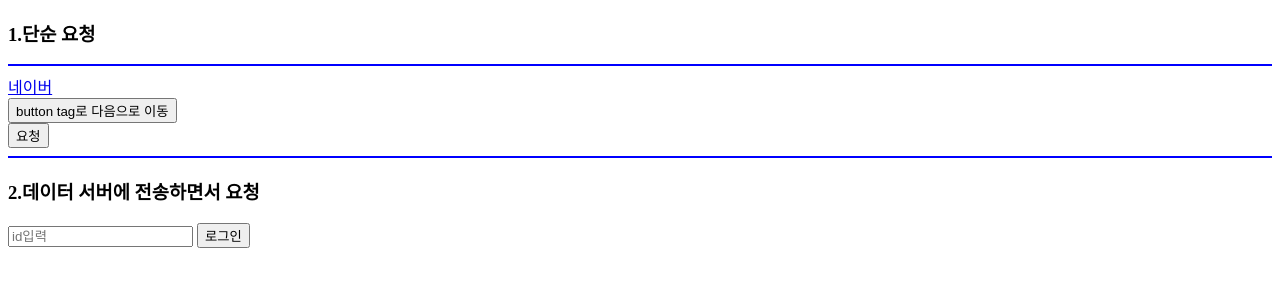
Repository: hwanginbeom/WEB
Page: step01_basic/WebContent/step01/step01_form.html
The author's editor kept a copy of each file at every save. The page is drawn from the files as they stood at one save, then again after the next save.
The browser window is 1280 px wide. The pictures show the whole page.

Above is the page before, as saved 2018-07-17 08:22:59.

### step01_basic/WebContent/step01/step01_form.html
<!DOCTYPE html>
<html>
		<head>
			<meta charset="EUC-KR">
			<title>step01_form.html</title>
		</head>
	<body>
		<h3>1.단순 요청</h3>
		<hr color="blue">
		<!-- 버튼 , 링크 -->
		<a href="https://www.naver.com/">네이버</a>

		<br>
		<button onclick="location.href='http://www.daum.net'">button tag로 다음으로 이동</button>

		<br>
		<!-- servlet으로 요청하는 form tag에 대한 연습
		http://ip:port/step01_basic/ster01/step01_form.html
			<form action="test2"> submit
			http://ip:port/step01_basic/step01/test2

		http://ip:port/step01_basic/ster01/step01_form.html
			<form action="../test2"> submit
			http://ip:port/step01_basic/test2


		-->
		<form action="../test2" method="post">
			<input type="submit" value="요청">
		</form>


		<hr color="blue">
		<h3>2.데이터 서버에 전송하면서 요청 </h3>
		<form action="../test2" method="post">
			<input type="text" name = "id" placeholder="id입력">


			<input type="submit" value="로그인">
		</form>


	</body>
</html>

After the next save:
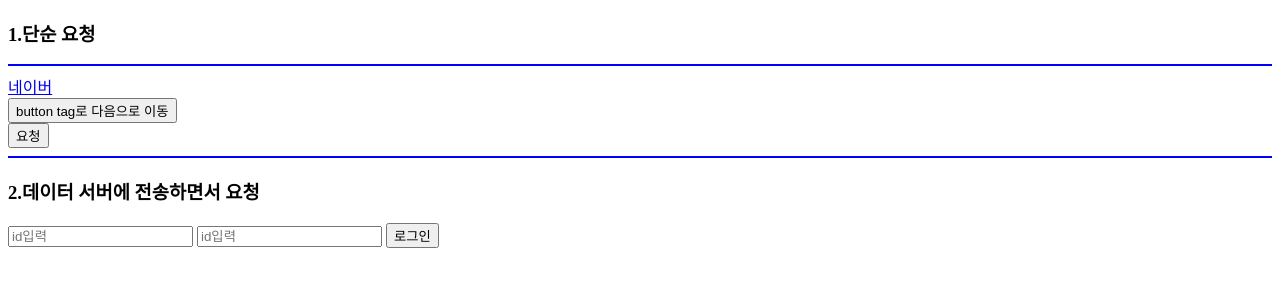
Saved 23 s later.
--- a/step01_basic/WebContent/step01/step01_form.html
+++ b/step01_basic/WebContent/step01/step01_form.html
@@ -34,7 +34,7 @@
 		<h3>2.데이터 서버에 전송하면서 요청 </h3>
 		<form action="../test2" method="post">
 			<input type="text" name = "id" placeholder="id입력">
-
+			<input type="password" name = "id" placeholder="id입력">
 
 			<input type="submit" value="로그인">
 		</form>
